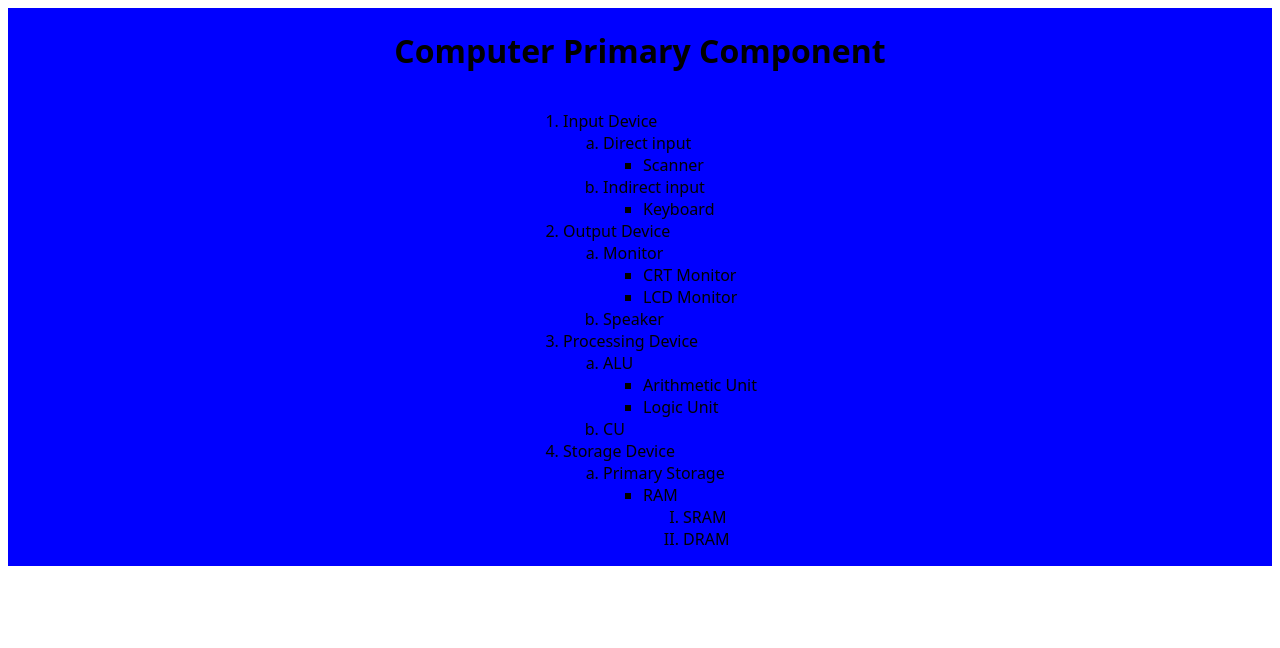
Repository: SharonSebastian32/Nested_List_in_html
Page: index.html
An editor plug-in stored every save of this project. The page is shown before and after a run of saves, followed by the edit.
The browser window is 1280 px wide. The pictures show the whole page.

Above is the page before, as saved 2024-09-01 07:49:06.

### index.html
<!DOCTYPE html>
<html lang="en">
  <head>
    <meta charset="UTF-8" />
    <meta name="viewport" content="width=device-width, initial-scale=1.0" />
    <title>Document</title>
    <link rel="stylesheet" href="./Styles/Styles.css" />
  </head>
  <body>
    <div style="display: flex; justify-content: center; align-items: center; flex-direction:column; background-color: blue; width:
    ;">
      <h1>Computer Primary Component</h1>
      <ol>
        <li>Input Device</li>
        <ol type="a">
          <li>Direct input</li>
          <ul style="list-style-type: square">
            <li>Scanner</li>
          </ul>
          <li>Indirect input</li>
          <ul>
            <li>Keyboard</li>
          </ul>
        </ol>
        <li>Output Device</li>
        <ol type="a">
          <li>Monitor</li>
          <ul>
            <li>CRT Monitor</li>
            <li>LCD Monitor</li>
          </ul>
          <li>Speaker</li>
        </ol>
        <li>Processing Device</li>
        <ol type="a">
          <li>ALU</li>
          <ul>
            <li>Arithmetic Unit</li>
            <li>Logic Unit</li>
          </ul>
          <ul></ul>
          <li>CU</li>
        </ol>
        <li>Storage Device</li>
        <ol type="a">
          <li>Primary Storage</li>
          <ul>
            <li>RAM</li>
            <ol type="I">
              <li>SRAM</li>
              <li>DRAM</li>
            </ol>
          </ul>
        </ol>
      </ol>
    </div>
  </body>
</html>

### Styles/Styles.css
*{
    font-family: system-ui, -apple-system, BlinkMacSystemFont, 'Segoe UI', Roboto, Oxygen, Ubuntu, Cantarell, 'Open Sans', 'Helvetica Neue', sans-serif;

}

After the next 3 saves:
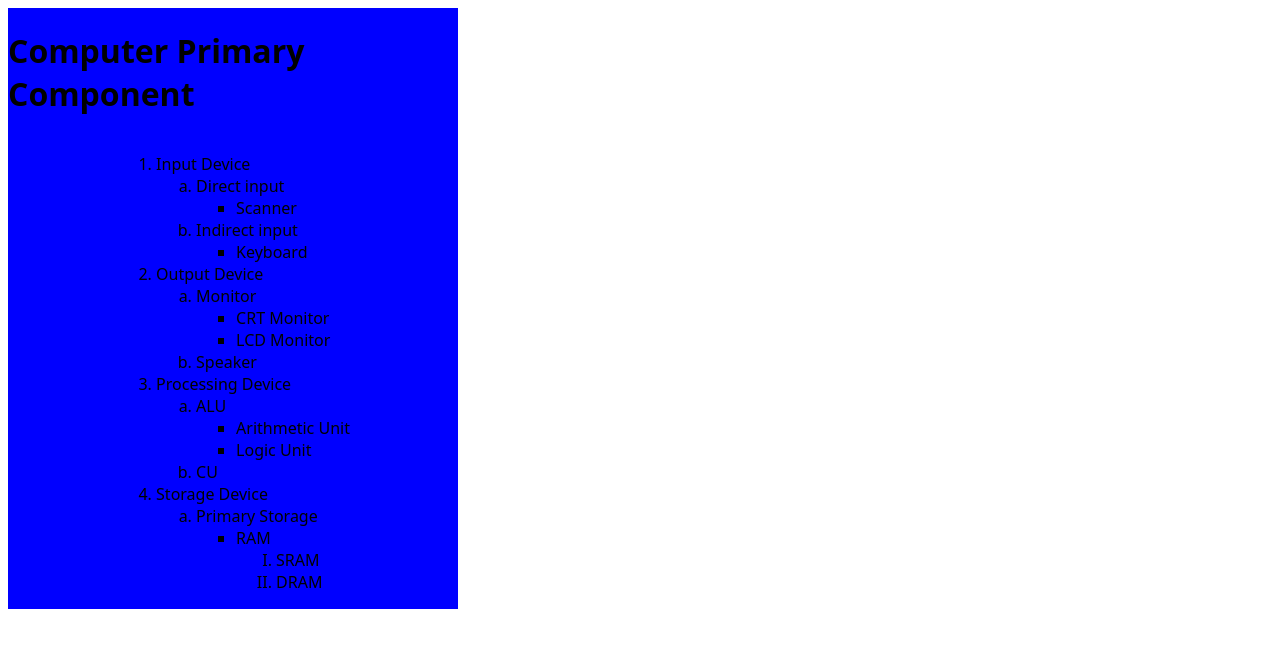
The 3 saves are shown as one change because they came seconds apart.
The last was saved 6 s later.
--- a/index.html
+++ b/index.html
@@ -7,8 +7,16 @@
     <link rel="stylesheet" href="./Styles/Styles.css" />
   </head>
   <body>
-    <div style="display: flex; justify-content: center; align-items: center; flex-direction:column; background-color: blue; width:
-    ;">
+    <div
+      style="
+        display: flex;
+        justify-content: center;
+        align-items: center;
+        flex-direction: column;
+        background-color: blue;
+        width: 450px;
+      "
+    >
       <h1>Computer Primary Component</h1>
       <ol>
         <li>Input Device</li>
